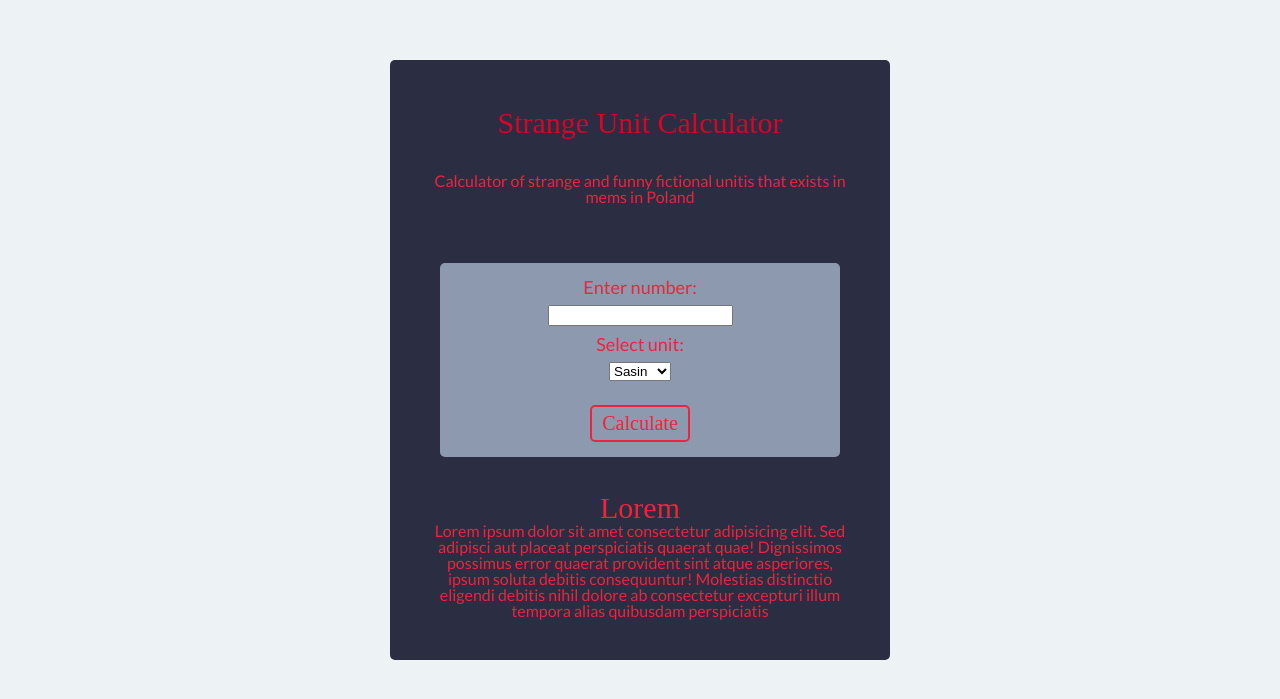
Repository: Gibon9/Calc2
Page: index.html
These files come from the project's save history. The page is drawn as it stood at one moment and after the next save; the edit follows.
The browser window is 1280 px wide. The pictures show the whole page.
Some web fonts or font styles are not loaded; a fallback is used.

Above is the page before, as saved 2020-11-25 11:49:37.

After the next save:
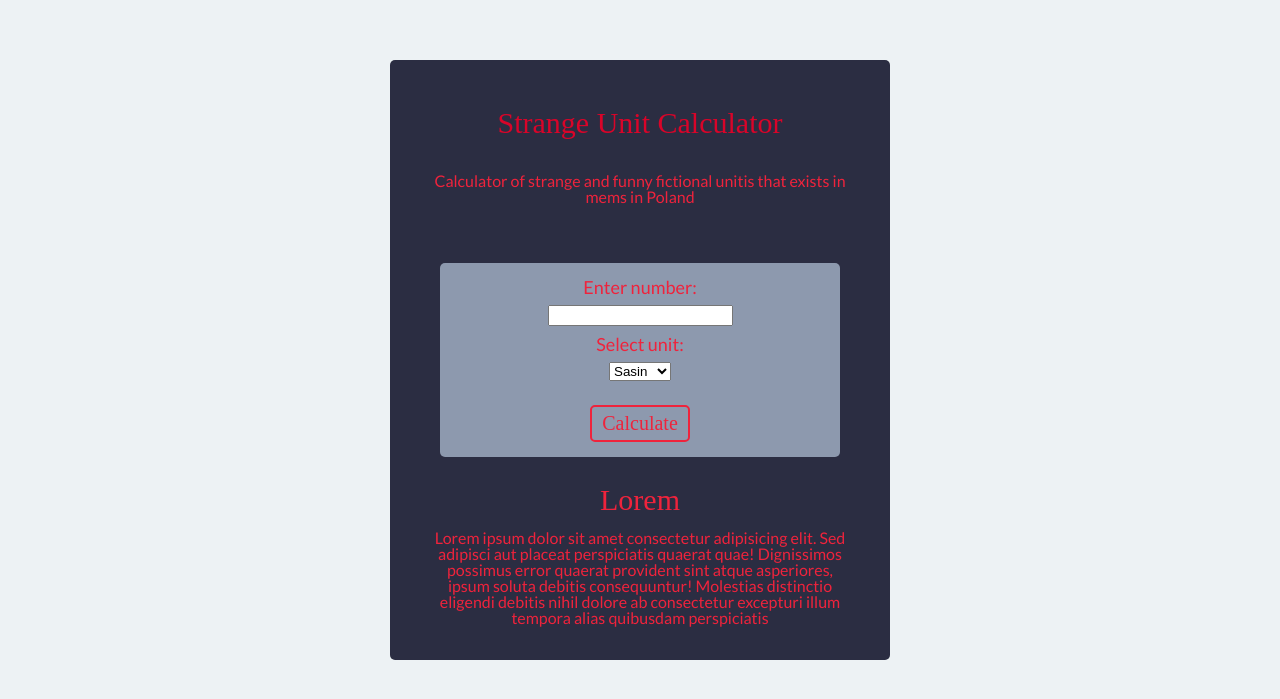
Saved 32 s later.
--- a/styles/style.css
+++ b/styles/style.css
@@ -119,6 +119,6 @@ option {
 }
 
 .description--title {
-  margin-top: 15px;
+  margin: 15px 0;
   font-size: 30px;
 }
